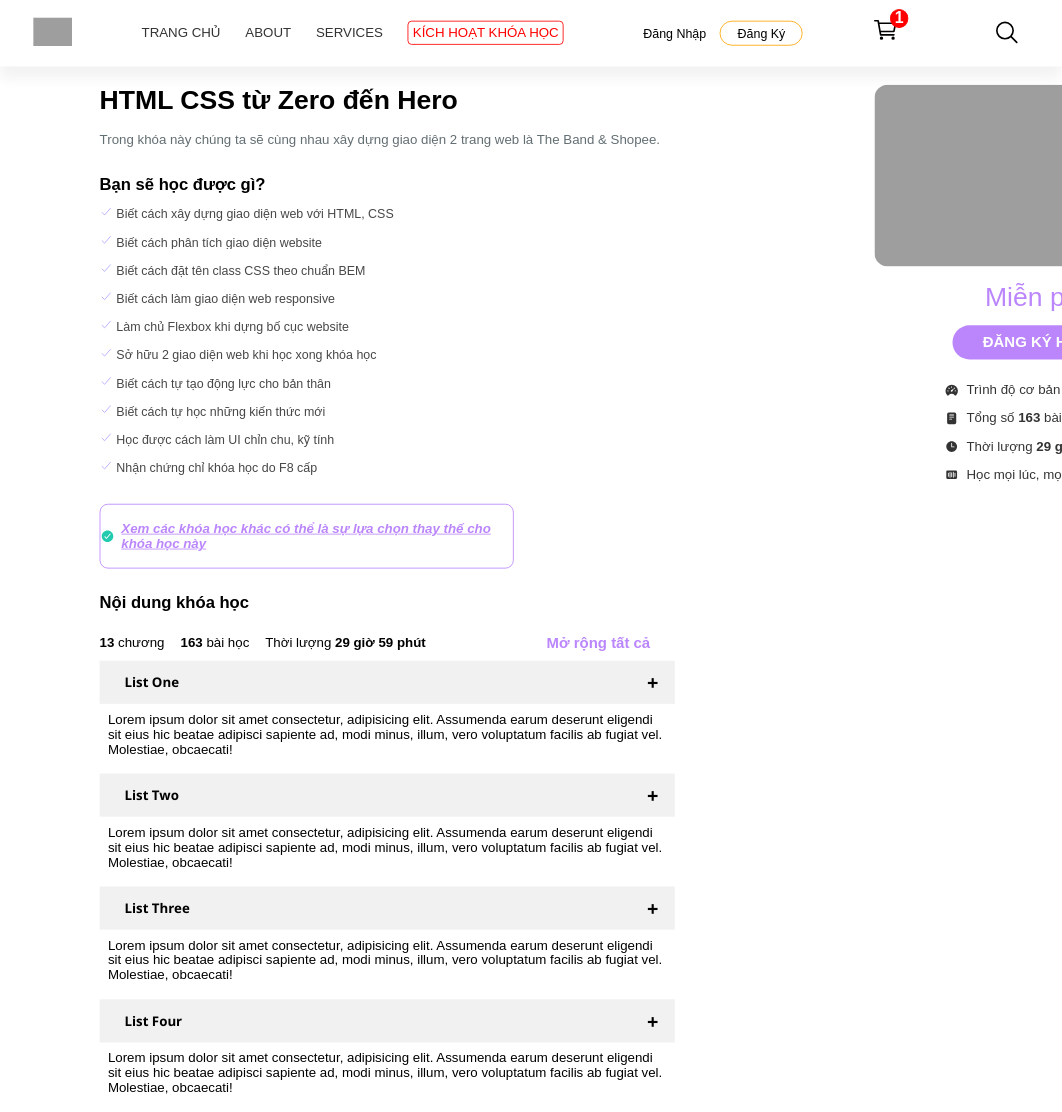
Repository: hoanghuuphuc/hoanghuuphuc
Page: details.html
The author's editor kept a copy of each file at every save. The page is drawn from the files as they stood at one save, then again after the next save.
The browser window is 1280 px wide. The pictures show the whole page, at 83% of full size.
Pictures or frames that could not be fetched are drawn as grey boxes.

Above is the page before, as saved 2022-12-12 00:21:12.
Console error: TypeError: Cannot read properties of null (reading 'addEventListener')

### details.html
<!DOCTYPE html>
<html lang="en">
  <head>
    <meta charset="UTF-8" />
    <meta http-equiv="X-UA-Compatible" content="IE=edge" />
    <meta name="viewport" content="width=device-width, initial-scale=1.0" />
    <title>Product-Details</title>
    <link rel="stylesheet" href="./style.css" />
    <link rel="stylesheet" href="./rps_mobile.css" />
    <link rel="preconnect" href="https://fonts.gstatic.com" />
  </head>
  <body>
    <header>
      <div class="logo">
        <a href="">
          <img id="img" src="./Img/logene.jfif" alt="" />
        </a>
      </div>
      <div class="group">
        <ul class="navigation">
          <li><a href="">Trang Chủ</a></li>
          <li><a href="">About</a></li>
          <li><a href="">Services</a></li>
          <li><a id="active" href="">Kích Hoạt Khóa Học</a></li>
        </ul>
      </div>
      <div class="User">
        <div class="but">
          <button>Đăng Nhập</button>
          <button>Đăng Ký</button>
        </div>
      </div>
      <div class="icons">
        <ion-icon name="cart-outline"></ion-icon>
        <span>1</span>
      </div>
      <div class="search">
        <span class="icon">
          <ion-icon name="search-outline" class="searchBtn"></ion-icon>
          <ion-icon name="close-outline" class="closeBtn"></ion-icon>
        </span>
      </div>
      <ion-icon name="menu-outline" class="menuToggle"></ion-icon>
      <div class="searchBox">
        <input type="text" placeholder="Search here . . ." />
      </div>
    </header>
    <div class="details-section">
      <div class="details-left">
        <div class="details-left-name">
          <h1>HTML CSS từ Zero đến Hero</h1>
          <span
            >Trong khóa này chúng ta sẽ cùng nhau xây dựng giao diện 2 trang web
            là The Band & Shopee.</span
          >
        </div>
        <span class="bonus">Bạn sẽ học được gì?</span>
        <div class="details-left-content">
          <ul>
            <li>
              <ion-icon name="checkmark-outline"></ion-icon>
              Biết cách xây dựng giao diện web với HTML, CSS
            </li>
            <li>
              <ion-icon name="checkmark-outline"></ion-icon>
              Biết cách phân tích giao diện website
            </li>
            <li>
              <ion-icon name="checkmark-outline"></ion-icon>
              Biết cách đặt tên class CSS theo chuẩn BEM
            </li>
            <li>
              <ion-icon name="checkmark-outline"></ion-icon>
              Biết cách làm giao diện web responsive
            </li>
            <li>
              <ion-icon name="checkmark-outline"></ion-icon>
              Làm chủ Flexbox khi dựng bố cục website
            </li>
          </ul>
          <ul>
            <li>
              <ion-icon name="checkmark-outline"></ion-icon>
              Sở hữu 2 giao diện web khi học xong khóa học
            </li>
            <li>
              <ion-icon name="checkmark-outline"></ion-icon>
              Biết cách tự tạo động lực cho bản thân
            </li>
            <li>
              <ion-icon name="checkmark-outline"></ion-icon>
              Biết cách tự học những kiến thức mới
            </li>
            <li>
              <ion-icon name="checkmark-outline"></ion-icon>
              Học được cách làm UI chỉn chu, kỹ tính
            </li>
            <li>
              <ion-icon name="checkmark-outline"></ion-icon>
              Nhận chứng chỉ khóa học do F8 cấp
            </li>
          </ul>
        </div>
        <div class="details-left-tag">
          <ion-icon name="checkmark-circle"></ion-icon>
          <a href="#">
            Xem các khóa học khác có thể là sự lựa chọn thay thế cho khóa học
            này
          </a>
        </div>
        <span class="cont">Nội dung khóa học</span>
        <div class="details-left-content-2">
          <div class="details-left-content-header1">
            <span class="sp"><strong>13</strong> chương</span>
            <span class="sp"><strong>163</strong> bài học</span>
            <span class="sp">Thời lượng <strong>29 giờ 59 phút</strong></span>
          </div>
          <div class="details-left-content-header2">
            <span>Mở rộng tất cả</span>
          </div>
        </div>
        <div class="accordion">
          <div class="contentBx">
            <div class="accordion-label">List One</div>
            <div class="accordion-content">
              <p>
                Lorem ipsum dolor sit amet consectetur, adipisicing elit.
                Assumenda earum deserunt eligendi sit eius hic beatae adipisci
                sapiente ad, modi minus, illum, vero voluptatum facilis ab
                fugiat vel. Molestiae, obcaecati!
              </p>
            </div>
          </div>
          <div class="contentBx">
            <div class="accordion-label">List Two</div>
            <div class="accordion-content">
              <p>
                Lorem ipsum dolor sit amet consectetur, adipisicing elit.
                Assumenda earum deserunt eligendi sit eius hic beatae adipisci
                sapiente ad, modi minus, illum, vero voluptatum facilis ab
                fugiat vel. Molestiae, obcaecati!
              </p>
            </div>
          </div>
          <div class="contentBx">
            <div class="accordion-label">List Three</div>
            <div class="accordion-content">
              <p>
                Lorem ipsum dolor sit amet consectetur, adipisicing elit.
                Assumenda earum deserunt eligendi sit eius hic beatae adipisci
                sapiente ad, modi minus, illum, vero voluptatum facilis ab
                fugiat vel. Molestiae, obcaecati!
              </p>
            </div>
          </div>
          <div class="contentBx">
            <div class="accordion-label">List Four</div>
            <div class="accordion-content">
              <p>
                Lorem ipsum dolor sit amet consectetur, adipisicing elit.
                Assumenda earum deserunt eligendi sit eius hic beatae adipisci
                sapiente ad, modi minus, illum, vero voluptatum facilis ab
                fugiat vel. Molestiae, obcaecati!
              </p>
            </div>
          </div>
        </div>
      </div>
      <div class="details-right">
        <div class="details-right-video">
          <iframe
            width="389"
            height="219"
            src="https://www.youtube.com/embed/YTDHcEJs684"
            title="YouTube video player"
            frameborder="0"
            allow="accelerometer; autoplay; clipboard-write; encrypted-media; gyroscope; picture-in-picture"
            allowfullscreen></iframe>
        </div>
        <div class="details-right-content1">
          <span>Miễn phí</span>
          <button>ĐĂNG KÝ HỌC</button>
        </div>
        <div class="details-right-content2">
          <ul>
            <li>
              <ion-icon name="speedometer"></ion-icon
              ><span>Trình độ cơ bản</span>
            </li>
            <li>
              <ion-icon name="reader"></ion-icon>
              <span>Tổng số <strong>163</strong> bài học</span>
            </li>
            <li>
              <ion-icon name="time"></ion-icon>
              <span>Thời lượng <strong>29 giờ 59 phút</strong> </span>
            </li>
            <li>
              <ion-icon name="barcode"></ion-icon
              ><span> Học mọi lúc, mọi nơi </span>
            </li>
          </ul>
        </div>
      </div>
    </div>

    <script src="./app.js"></script>
    <script
      type="module"
      src="https://unpkg.com/ionicons@5.5.2/dist/ionicons/ionicons.esm.js"></script>
    <script
      nomodule
      src="https://unpkg.com/ionicons@5.5.2/dist/ionicons/ionicons.js"></script>
  </body>
</html>

### style.css
* {
  margin: 0;
  padding: 0;
  box-sizing: border-box;
  font-family: "Poppins", sans-serif;
}
body {
  min-height: 100vh;
  overflow-x: hidden;
}
header {
  position: absolute;
  position: fixed;
  z-index: 100;
  top: 0;
  left: 0;
  width: 100%;
  height: 80px;
  background: #fff;
  padding: 20px 40px;
  display: flex;
  justify-content: space-between;
  align-items: center;
  box-shadow: 0px 15px 15px rgba(0, 0, 0, 0.05);
}
.logo img {
  height: 35px;
}
.group {
  display: flex;
  align-items: center;
}
header ul {
  position: relative;
  display: flex;
  gap: 30px;
}
header ul li {
  list-style: none;
}
header ul li a {
  position: relative;
  text-decoration: none;
  font-size: 1em;
  color: #333;
  text-transform: uppercase;
}
header ul li #active {
  border: 1px solid red;
  padding: 5px;
  color: red;
  border-radius: 5px;
}
header ul li a::before {
  content: "";
  position: absolute;
  bottom: -2px;
  width: 100%;
  height: 2px;
  background: #333;
  transform: scaleX(0);
  transition: transform 0.5s ease-in-out;
  transform-origin: right;
}
header ul li a:hover {
  opacity: 0.5;
}
header .User {
  display: flex;
  align-items: center;
}
header .User .but button:nth-child(1) {
  color: #000;
  font-size: 15px;
  height: 30px;
  width: 100px;
  outline: none;
  border: none;
  background: #fff;
}
header .User .but button:nth-child(2) {
  color: #000;
  font-size: 15px;
  height: 30px;
  width: 100px;
  border: 1px solid orange;
  background: #fff;
  border-radius: 15px;
}
header .User .but button:hover {
  opacity: 0.5;
}
header .icons {
  font-size: 2em;
  position: relative;
}
header .icons span {
  position: absolute;
  top: 0%;
  right: 0%;
  line-height: 5%;
  margin-bottom: 50px;
  font-size: 60%;
  color: #fff;
  border: 1px solid red;
  background: red;
  padding: 10px 5px 10px 5px;
  text-align: center;
  font-family: Arial, Helvetica, sans-serif;
  transform: translateX(50%) translateY(-40%);
  border-radius: 100%;
  font-weight: bold;
}
header .search {
  position: relative;
  display: flex;
  justify-content: center;
  align-items: center;
  font-size: 2em;
  z-index: 10;
  cursor: pointer;
}
.searchBox {
  position: absolute;
  right: -100%;
  width: 100%;
  height: 100%;
  display: flex;
  background: #fff;
  align-items: center;
  padding: 0 30px;
  transition: 0.5s ease-in-out;
}
.searchBox.active {
  right: 0;
}
.searchBox input {
  width: 100%;
  border: none;
  outline: none;
  height: 50px;
  color: #333;
  font-size: 1.25em;
  background: #fff;
  border-bottom: 1px solid rgba(0, 0, 0, 0.5);
}
.searchBtn {
  position: relative;
  left: 30px;
  top: 2.5px;
  transition: 0.5s ease-in-out;
}
.searchBtn.active {
  left: 0;
}
.closeBtn {
  opacity: 0;
  visibility: hidden;
  transition: 0.5s;
  scale: 0;
}
.closeBtn.active {
  opacity: 1;
  visibility: visible;
  transition: 0.5s;
  scale: 1;
}
.menuToggle {
  position: relative;
  display: none;
  left: 0;
}
.banner img {
  background-repeat: no-repeat;
  background-size: cover;
  margin-top: 4%;
}
.content {
  display: flex;
  flex-direction: row;
  margin-top: 50px;
  user-select: none;
  justify-content: center;
}
.content .content-1 {
  background-color: black;
  height: 2px;
  width: 200px;
}
.content .content-2 {
  font-size: 30px;
  font-family: "Segoe UI", Tahoma, Geneva, Verdana, sans-serif;
  font-weight: 600;
  padding: 10px;
  margin-top: -32px;
}
.content .content-3 {
  background-color: black;
  height: 2px;
  width: 200px;
}
.boxs {
  display: flex;
  justify-content: center;
  flex-wrap: wrap;
}
.box {
  margin-top: 10px;
  padding: 20px;
  margin: 10px;
  background: #f0f0f0;
  border-radius: 15px;
}
.box-image img {
  height: 250px;
  border-radius: 5%;
}
.box-content .box-name {
  display: flex;
  justify-content: center;
  align-items: center;
  padding: 10px;
}
.box-content .box-name span {
  font-weight: 700;
  margin-right: 5px;
  font-size: 20px;
  font-family: "Segoe UI", Tahoma, Geneva, Verdana, sans-serif;
  overflow: hidden;
  text-overflow: ellipsis;
  white-space: nowrap;
  width: 200px;
  text-align: center;
}
.box-content .box-price {
  display: flex;
  flex-direction: column;
  justify-content: center;
  padding: 5px 10px 10px 10px;
}
.box-content .box-price .price {
  padding: 0px 10px 10px 10px;
}
.price {
  overflow: hidden;
  text-overflow: ellipsis;
  white-space: nowrap;
  width: 210px;
}
.box-content .box-price .price span {
  font-size: 18px;
  font-weight: 500;
}
.box-content .box-price .price a {
  font-weight: 600;
}
.sale {
  overflow: hidden;
  text-overflow: ellipsis;
  white-space: nowrap;
  width: 210px;
}
.box-content .box-price .sale {
  padding: 0px 10px 0px 10px;
}
.box-content .box-price .sale span {
  font-size: 18px;
}
.box-content .box-price .sale a {
  font-size: 18px;
  color: red;
  font-weight: bold;
  text-decoration: none;
}
.box-btn {
  display: flex;
  justify-content: space-between;
  align-items: center;
  border-top: 1px solid #c0c0c0;
}
.box-btn button {
  padding: 5px 20px;
  font-size: 16px;
  font-weight: 500;
  font-family: "Lucida Sans", "Lucida Sans Regular", "Lucida Grande",
    "Lucida Sans Unicode", Geneva, Verdana, sans-serif;
  color: orangered;
  border: 1px solid orangered;
  border-radius: 5px;
  margin-top: 15px;
}
.box-btn button:hover {
  opacity: 0.5;
}
.box-btn ion-icon {
  font-size: 25px;
  font-weight: 500;
  color: orangered;
  margin-top: 15px;
  font-weight: 300;
}
.box-btn ion-icon:hover {
  opacity: 0.5;
}
.title {
  padding: 20px 0px 20px 150px;
}
.title span {
  font-size: 18px;
}
.tabs {
  display: flex;
  justify-content: flex-start;
  padding: 10px 150px 0px 150px;
  flex-wrap: wrap;
}
.tabs .tab-item {
  margin: 0px 0px 0px 5px;
}
.tabs .line {
  position: absolute;
  left: 0;
  bottom: 0;
  width: 0;
  height: 6px;
  border-radius: 15px;
  transition: all 0.2s ease;
}
.tab-item {
  min-width: 80px;
  padding: 5px 10px;
  font-size: 20px;
  text-align: center;
  color: #181821;
  background-color: #dee1e2;
  border-top-left-radius: 5px;
  border-top-right-radius: 5px;
  border-bottom: 5px solid transparent;
  opacity: 0.6;
  cursor: pointer;
  transition: all 0.5s ease;
  display: flex;
  justify-content: center;
  align-items: center;
  border-bottom: 2px solid #000;
}
.tab-icon {
  font-size: 24px;
  position: relative;
}
.tab-item:hover {
  opacity: 1;
  background-color: rgba(194, 53, 100, 0.05);
  border-color: rgba(194, 53, 100, 0.1);
}
.tab-item.active {
  opacity: 1;
  color: #ff4500;
  font-weight: 500;
  border-bottom: 2px solid #ff4500;
}
.tab-content {
  padding: 28px 0px 0px 150px;
}
.tab-pane {
  color: #333;
  display: none;
}
.tab-pane.active {
  display: block;
}
.tab-pane h2 {
  font-size: 24px;
  margin-bottom: 8px;
}
.boxeds {
  display: flex;
  flex-wrap: wrap;
}
.boxed {
  margin-top: 10px;
  padding: 20px;
  margin: 20px 20px 10px 0px;
  background: #f0f0f0;
  border-radius: 15px;
}
.boxed-image img {
  height: 250px;
  width: auto;
  border-radius: 10px;
  overflow: hidden;
  object-fit: cover;
}
.boxed-content .boxed-content-name {
  display: flex;
  justify-content: center;
  align-items: center;
  padding: 10px;
}
.boxed-content-name span {
  font-weight: 600;
  margin-right: 5px;
  font-size: 20px;
  font-family: "Segoe UI", Tahoma, Geneva, Verdana, sans-serif;
  overflow: hidden;
  text-overflow: ellipsis;
  white-space: nowrap;
  width: 200px;
  text-align: center;
  font-weight: 700;
}
.boxed-content-price {
  padding: 5px 10px 10px 10px;
}
.boxed-content-price1 span {
  font-size: 18px;
  font-weight: 500;
}
.boxed-content-price1 a {
  font-weight: 600;
}
.boxed-content-sale {
  padding: 10px 10px 10px 0px;
}
.boxed-content-sale span {
  font-size: 18px;
  font-weight: 500;
}
.boxed-content-sale a {
  font-weight: 600;
  color: red;
}
.boxed-content-btn {
  display: flex;
  justify-content: space-between;
  align-items: center;
  border-top: 1px solid #c0c0c0;
}
.boxed-content-btn button {
  padding: 5px 20px;
  font-size: 16px;
  font-weight: 500;
  font-family: "Lucida Sans", "Lucida Sans Regular", "Lucida Grande",
    "Lucida Sans Unicode", Geneva, Verdana, sans-serif;
  color: orangered;
  border: 1px solid orangered;
  border-radius: 5px;
  margin-top: 15px;
}
.boxed-content-btn button:hover {
  opacity: 0.5;
}
.boxed-content-btn ion-icon {
  font-size: 25px;
  font-weight: 500;
  color: orangered;
  margin-top: 15px;
  font-weight: 300;
}
.boxed-content-btn ion-icon:hover {
  opacity: 0.5;
}
footer {
  background: #181821;
  display: flex;
  justify-content: space-around;
  padding: 100px;
}
.footer-one a {
  font-size: 25px;
  padding: 5px;
  color: #fff;
  font-weight: 600;
}
.footer-one ul li {
  color: #a9b3bb;
  list-style: none;
  padding: 5px;
  font-size: 16px;
}
.footer-one span {
  font-style: italic;
}
.footer-two span {
  font-size: 25px;
  padding: 5px;
  color: #fff;
  font-weight: 600;
}
.footer-two ul li {
  color: #a9b3bb;
  list-style: none;
  padding: 5px;
  font-size: 16px;
}
.footer-three span {
  font-size: 25px;
  padding: 5px;
  color: #fff;
  font-weight: 600;
}
.footer-three ul li {
  color: #a9b3bb;
  list-style: none;
  padding: 5px;
  font-size: 16px;
}
.footers {
  display: flex;
  justify-content: space-around;
  background: #181821;
  padding: 10px;
  border-top: 2px solid #333;
  align-items: center;
}
.footers-text {
  color: #a9b3bb;
  font-size: 16px;
}
.footers-media img {
  width: auto;
  height: 40px;
  object-fit: cover;
  padding: 5px;
}
/* Css của form login */
.container {
  display: flex;
  justify-content: center;
  flex-direction: column;
  align-items: center;
  min-height: 100vh;
}
.form-login {
  border: 1px solid #999;
  padding: 50px 50px 30px 50px;
  width: 400px;
}
.form-login-input {
  margin: 15px 0;
}
.form-login-image {
  display: flex;
  justify-content: center;
  margin-bottom: 50px;
}
.form-input {
  border: 1px solid #999;
  border-radius: 4px;
  width: 100%;
  height: 50px;
  padding: 0 20px;
  transition: 0.25s ease;
  outline: none;
}
.form-input:focus {
  border-color: #ff4500;
}
.form-login-input {
  position: relative;
}
.form-label {
  position: absolute;
  top: 50%;
  transform: translateY(-50%);
  left: 21px;
  user-select: none;
  color: #999;
  pointer-events: none;
  transition: 0.25s ease;
}
.form-input:not(:placeholder-shown) + .form-label,
.form-input:focus + .form-label {
  top: 0;
  left: 11px;
  padding: 0 10px;
  display: inline-block;
  background-color: #fff;
  color: #ff4500;
  font-weight: 500;
  font-size: 14px;
}
.form-login-input .fa-regular {
  position: absolute;
  left: 90%;
  top: 18px;
  cursor: pointer;
}
.form-login-input .hidden {
  display: none;
}
.remember {
  display: flex;
  align-items: center;
}
.remember span {
  color: #999;
  margin-left: 10px;
}
.btn-login button {
  margin-top: 10px;
  width: 100%;
  padding: 8px;
  font-weight: 600;
  font-style: 20px;
  transition: 0.25s ease;
  font-family: "Segoe UI", Tahoma, Geneva, Verdana, sans-serif;
}
.btn-login button:hover {
  opacity: 0.5;
}
.or {
  display: flex;
  flex-direction: row;
  margin-top: 20px;
  user-select: none;
  justify-content: center;
}
.or-left {
  background-color: #999;
  height: 1px;
  width: 45%;
}
.or-center {
  font-family: "Segoe UI", Tahoma, Geneva, Verdana, sans-serif;
  font-weight: 600;
  padding: 10px;
  margin-top: -22px;
  color: #999;
}
.or-right {
  background-color: #999;
  height: 1px;
  width: 45%;
}
.forgot {
  padding-top: 20px;
  display: flex;
  justify-content: flex-end;
}
.forgot a {
  text-decoration: none;
  font-weight: 500;
  color: rgb(0, 149, 246);
}
.logins {
  display: grid;
  grid-template-columns: 1fr 3fr;
  align-items: center;
  padding: 0 10px;
}
.logins a {
  text-decoration: none;
}
.logins span {
  color: #333;
  padding-left: 10%;
  font-weight: 600;
  font-family: "Segoe UI", Tahoma, Geneva, Verdana, sans-serif;
}
.logins img {
  height: 30px;
  margin-left: 10px;
  transform: translateX(100%);
}
.login-facebook {
  margin-bottom: 10px;
}
.form-login-2 {
  border: 1px solid #999;
  padding: 20px 60px;
  margin-top: 10px;
}
.form-login-2 span a {
  text-decoration: none;
  font-weight: 600;
  color: rgb(0, 149, 246);
  font-family: "Segoe UI", Tahoma, Geneva, Verdana, sans-serif;
}
/* Css của trang chi tiết */
.details-section {
  margin-top: 8%;
  display: grid;
  grid-template-columns: 2fr 1fr;
  padding: 0 120px;
}
.details-left-name {
  margin-bottom: 20px;
}
.details-left-name h1 {
  margin-bottom: 20px;
}
.details-left-name span {
  font-weight: 300;
  color: #636e72;
}
.details-section .bonus {
  font-weight: 600;
  font-size: 20px;
  line-height: 50px;
}
.details-left-content {
  display: flex;
  flex-wrap: wrap;
  justify-content: flex-start;
  align-items: center;
}
.details-left-content ul li {
  list-style: none;
  margin-bottom: 15px;
  padding-left: 0;
  margin-right: 30px;
  font-size: 15px;
  color: #333;
  font-weight: 300;
  opacity: 0.9;
}
.details-left-content ul li ion-icon {
  color: #a29bfe;
  font-weight: bold;
  font-size: 16px;
}
.details-left-tag {
  margin-top: 20px;
  display: flex;
  align-items: center;
  justify-content: center;
  border: 1px solid #bb86fc;
  width: 72%;
  padding: 20px 0px;
  border-radius: 10px;
}
.details-left-tag ion-icon {
  margin-right: 8px;
  color: #22caaf;
  font-size: 20px;
}
.details-left-tag a {
  font-weight: 600;
  font-style: italic;
  color: #bb86fc;
  text-decoration: none;
  text-decoration-line: underline;
}
.cont {
  font-weight: 600;
  font-size: 20px;
  line-height: 80px;
}
.details-left-content-2 {
  display: flex;
  justify-content: space-between;
  padding: 0px 30px 0px 0px;
}
.details-left-content-header1 span {
  padding: 0 15px 0px 0px;
}
.details-left-content-header2 span {
  font-weight: 600;
  color: #bb86fc;
  font-size: 18px;
}
.accordion {
  width: 100%;
}
.accordion .contentBx {
  position: relative;
  margin: 10px 0px;
}
.accordion .contentBx .accordion-label {
  position: relative;
  padding: 15px 30px;
  background-color: #f1f1f1;
  cursor: pointer;
  font-weight: 600;
  font-family: "Segoe UI", Tahoma, Geneva, Verdana, sans-serif;
}
.accordion .contentBx .accordion-label::before {
  content: "+";
  position: absolute;
  top: 50%;
  right: 20px;
  transform: translateY(-50%);
  font-size: 1.5em;
}
.accordion .contentBx .accordion-content {
  position: relative;
  padding: 10px;
}
/* Css right */
.details-right {
  display: flex;
  flex-direction: column;
  align-items: center;
  position: fixed;
  transform: translateX(240%);
}
.details-right-video iframe {
  border-radius: 16px;
}
.details-right-content1 {
  display: flex;
  flex-direction: column;
  align-items: center;
}
.details-right-content1 span {
  margin: 15px;
  font-size: 32px;
  user-select: none;
  color: #bb86fc !important;
}
.details-right-content1 button {
  font-size: 1rem;
  padding: 10px 36px;
  border-radius: 999px !important;
  border: none;
  background: #bb86fc !important;
  color: #fff;
  font-size: 18px;
  font-weight: 600;
}
.details-right-content2 {
  margin-top: 20px;
  display: flex;
  align-items: center;
  justify-content: center;
  width: 100%;
}
.details-right-content2 ul li {
  width: 100%;
  list-style: none;
  padding: 8px;
  display: flex;
  align-items: center;
  opacity: 0.8;
}
.details-right-content2 ul li ion-icon {
  padding-right: 10px;
}

Loaded but not shown: app.js (68 lines, source omitted); css/rps_mobile.css (no copy from this time; the picture is the same without it)

After the next save:
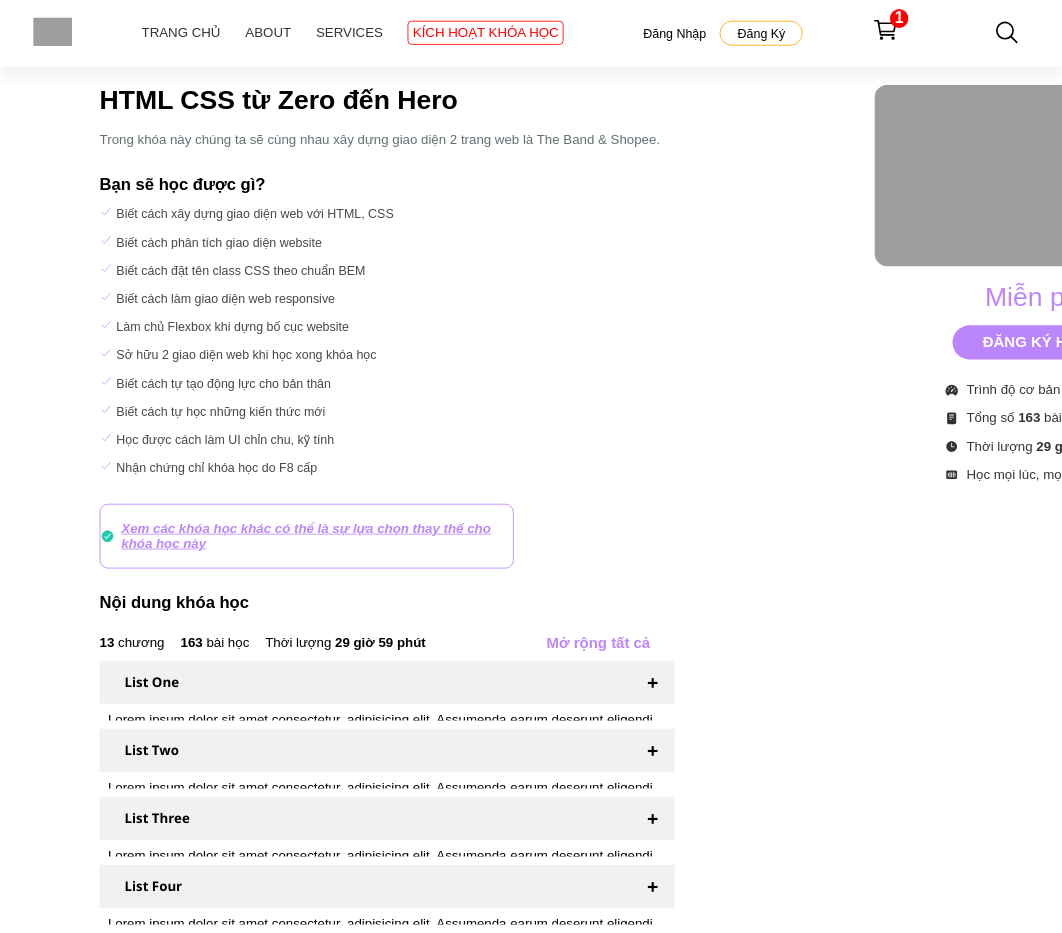
Saved 36 s later.
--- a/style.css
+++ b/style.css
@@ -786,6 +786,9 @@ footer {
 .accordion .contentBx .accordion-content {
   position: relative;
   padding: 10px;
+  height: 0;
+  overflow: hidden;
+  transition: 0.5s ease;
 }
 /* Css right */
 .details-right {
